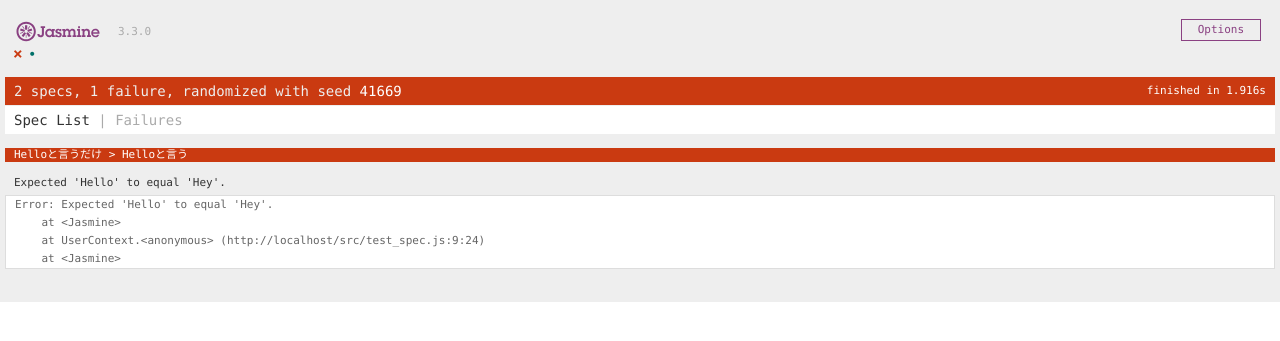
Repository: micabi/jasmine
Page: index.html
These files come from the project's save history. The page is drawn as it stood at one moment and after the next save; the edit follows.
The browser window is 1280 px wide. The pictures show the whole page.

Above is the page before, as saved 2018-10-31 23:40:32.

### index.html
<!DOCTYPE html>
<html>
<head>
  <meta charset="utf-8">
  <title>Jasmine Spec Runner v3.3.0</title>

  <link rel="shortcut icon" type="image/png" href="lib/jasmine-3.3.0/jasmine_favicon.png">
  <link rel="stylesheet" href="lib/jasmine-3.3.0/jasmine.css">

  <script src="lib/jasmine-3.3.0/jasmine.js"></script>
  <script src="lib/jasmine-3.3.0/jasmine-html.js"></script>
  <script src="lib/jasmine-3.3.0/boot.js"></script>


  <script src="src/test.js"></script>
  <script src="src/test_spec.js"></script>
</head>

<body>
</body>
</html>

### src/test.js
function add(a,b){
  return a + b;
}

function sayHello(){
  return "Hello";
}

### src/test_spec.js
describe('足し算', function(){
  it('1 + 5 = 6になる', function(){
    expect(add(1,5)).toBe(6);
  });
});

describe("Helloと言うだけ", function(){
  it("Helloと言う", function(){
    expect(sayHello()).toEqual("Hey");
  });
});

Loaded but not shown: lib/jasmine-3.3.0/jasmine.css (library); lib/jasmine-3.3.0/jasmine.js (library); lib/jasmine-3.3.0/jasmine-html.js (library); lib/jasmine-3.3.0/boot.js (library)

After the next save:
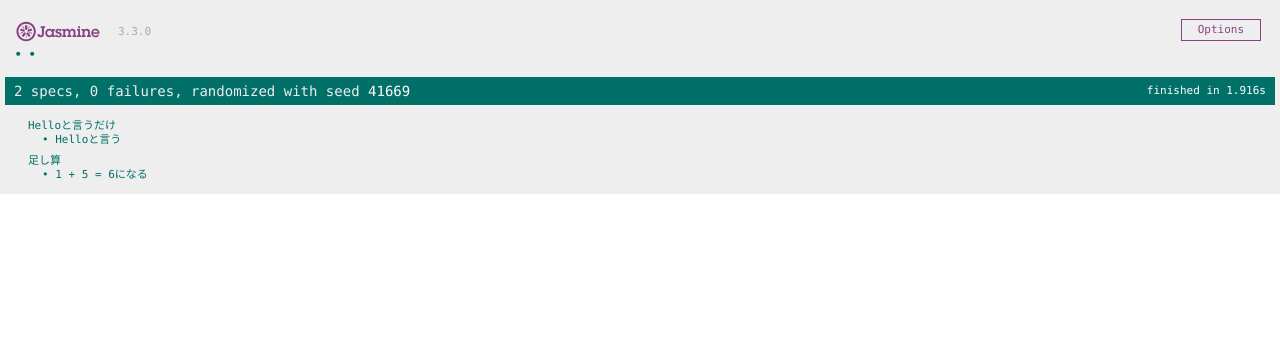
Saved 28 s later.
--- a/src/test_spec.js
+++ b/src/test_spec.js
@@ -6,6 +6,6 @@
 
 describe("Helloと言うだけ", function(){
   it("Helloと言う", function(){
-    expect(sayHello()).toEqual("Hey");
+    expect(sayHello()).toEqual("Hello");
   });
 });
